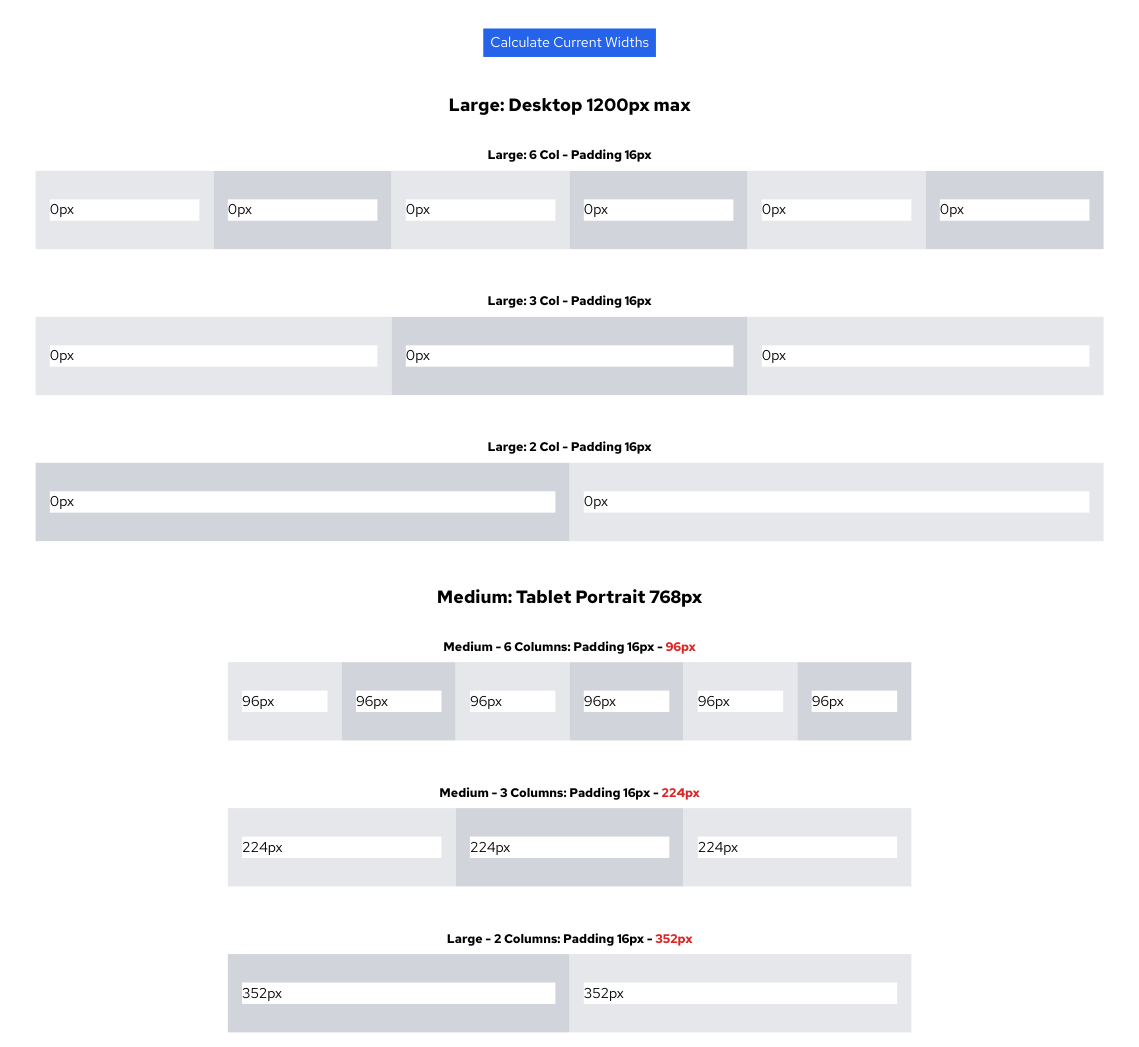
Repository: fabianwurk/vue-tailwind
Page: /
These files come from the project's save history. The page is drawn as it stood at one moment and after the next save; the edit follows.
The browser window is 1280 px wide. The pictures show the whole page, at 89% of full size.
The project was rebuilt for these pictures with package versions that can differ from the ones it lists, and the page was loaded fresh each time. Also part of the build but not shown: vite.config.js.

Above is the page before, as saved 2021-03-16 22:11:36.

After the next save:
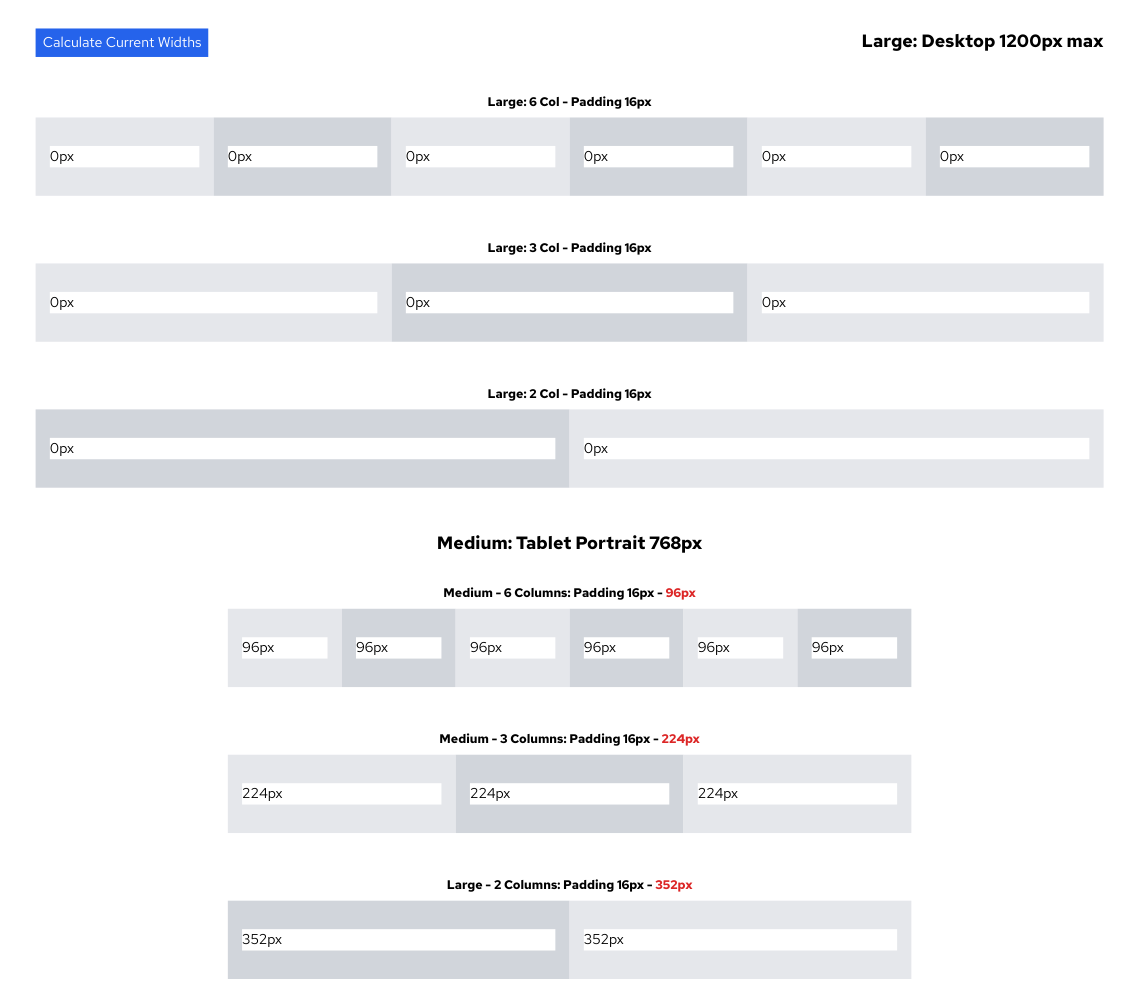
Saved 66 s later.
--- a/src/components/Large.vue
+++ b/src/components/Large.vue
@@ -1,9 +1,9 @@
 <template>
-  <div>
-  <div class="flex justify-center">
+  <div class="container mx-auto">
+  <div class="flex justify-between">
     <button class="bg-blue-600 text-white px-2 py-1 mt-8 mb-2" @click="calculateWidth()">Calculate Current Widths</button>
+    <h1 class="text-xl font-bold mb-2 mt-8 text-center">Large: Desktop 1200px max</h1>
   </div>
-  <h1 class="text-xl font-bold mb-2 mt-8 text-center">Large: Desktop 1200px max</h1>
   <div class="container mx-auto">
     <h2 class="text-sm font-bold mb-2 mt-8 text-center">Large: 6 Col - Padding 16px</h2>
     <div class="flex items-center">
